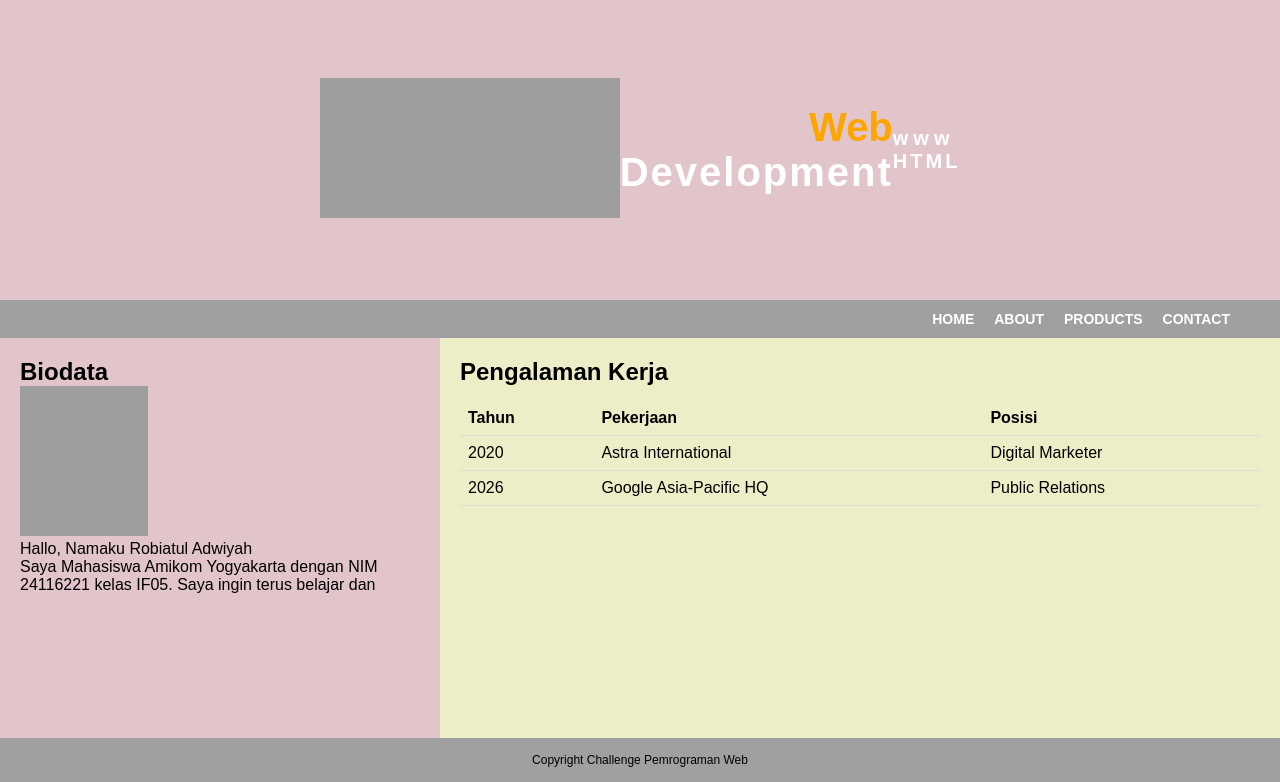
Repository: Adwiyah324/praktikum3
Page: praktikum_3.html
These files come from the project's save history. The page is drawn as it stood at one moment and after the next save; the edit follows.
The browser window is 1280 px wide. The pictures show the whole page.
Pictures or frames that could not be fetched are drawn as grey boxes.

Above is the page before, as saved 2026-05-02 21:58:21.

### praktikum_3.html
<!DOCTYPE html>
<html lang="en">
<head>
    <meta charset="UTF-8">
    <meta name="viewport" content="width=device-width, initial-scale=1.0">
    <title>Challenge Web Development</title>
    <link rel="stylesheet" href="style.css">
</head>
<body>
    <header>
        <div class="banner">
            <div class="content-left">
                <img src="https://encrypted-tbn0.gstatic.com/images?q=tbn:ANd9GcT7FHzoDLRRQ9veEhvcLvJ5AFrW8bXTeBMGWQ&s.png" alt="W3Schools.com" width="150" height="140">
            </div>
            <div class="content-">
                <img src="https://encrypted-tbn0.gstatic.com/images?q=tbn:ANd9GcQnCK-8JTos3SK6sOkfGf-cBF9u6dWALZiTRw&s.png" alt="W3Schools.com" width="150" height="140">
            </div>
            <div class="content-right">
                <h1>Web</h1>
                <h2>Development</h2>
            </div>
            <div class="content-left">
                <h1>www</h1>
                <h2>HTML</h2>
            </div>
        </div>
        <nav>
            <ul>
                <li><a href="#">HOME</a></li>
                <li><a href="#">ABOUT</a></li>
                <li><a href="#">PRODUCTS</a></li>
                <li><a href="#">CONTACT</a></li>
            </ul>
        </nav>
    </header>

    <main class="container">
        <section class="biodata">
            <h2>Biodata</h2>
            <img src="https://encrypted-tbn0.gstatic.com/images?q=tbn:ANd9GcT8Y7yP3gq7OqGYC4u_p8wdiZJV7Gh3ZwAQ2w&s" alt="img" width="128" height="150">
            <p>Hallo, Namaku Robiatul Adwiyah</p>
            <p>Saya Mahasiswa Amikom Yogyakarta dengan NIM 24116221 kelas IF05. Saya ingin terus belajar dan</p>
        </section>

        <section class="pengalaman">
            <h2>Pengalaman Kerja</h2>
            <table>
                <thead>
                    <tr>
                        <th>Tahun</th>
                        <th>Pekerjaan</th>
                        <th>Posisi</th>
                    </tr>
                </thead>
                <tbody>
                    <tr>
                        <td>2020</td>
                        <td>Astra International</td>
                        <td>Digital Marketer</td>
                    </tr>
                    <tr>
                        <td>2026</td>
                        <td>Google Asia-Pacific HQ</td>
                        <td>Public Relations</td>
                    </tr>
                </tbody>
            </table>
        </section>
    </main>

    <footer>
        <p>Copyright Challenge Pemrograman Web</p>
    </footer>

</body>
</html>

### style.css
* {
    margin: 0;
    padding: 0;
    box-sizing: border-box;
    font-family: Arial, sans-serif;
}

body {
    background-color: #f0f0f0;
}

.banner {
    background-color: #e2c5cb;
    height: 300px;
    display: flex;
    justify-content: center;
    align-items: center;
    color: white;
    font-family: sans-serif;
}

.img{
    max-width: 400px;
    height: auto;
    justify-content: flex-start;
}

.content-right{
    text-align: right;
}

.content-right h1{
    font-size: 40px;
    color: orange;
    margin : 0;
}

.content-right h2{
    font-size: 40px;
    letter-spacing: 2px;
    text-align: left;
    margin: 0;
}
.content-left h1{
    font-size: 20px;
    letter-spacing: 5px;
    text-align: left;
    margin: 0;
}
.content-left h2{
    font-size: 20px;
    letter-spacing: 3px;
    margin: 0;
}

nav {
    background-color: #a0a0a0;
    padding: 10px 50px;
}

nav ul {
    display: flex;
    justify-content: flex-end;
    list-style: none;
}

nav ul li {
    margin-left: 20px;
}

nav ul li a {
    text-decoration: none;
    color: white;
    font-size: 14px;
    font-weight: bold;
}

.container {
    display: flex;
    min-height: 400px;
    width: 100%;
}


.biodata {
    flex: 1;
    background-color: #e2c5cb;
    padding: 20px;
    font-family: Times New Roman, Times, serif;
}

.pengalaman {
    flex: 2;
    background-color: #edeec8;
    padding: 20px;
}

.profile-pic {
    width: 200px;
    height: auto;
    border: 5px solid white;
    margin-bottom: 10px;
}

table {
    width: 100%;
    border-collapse: collapse;
    margin-top: 15px;
}

th, td {
    text-align: left;
    padding: 8px;
    border-bottom: 1px solid #ddd;
}

footer {
    background-color: #a0a0a0;
    text-align: center;
    padding: 15px;
    font-size: 12px;
}

After the next save:
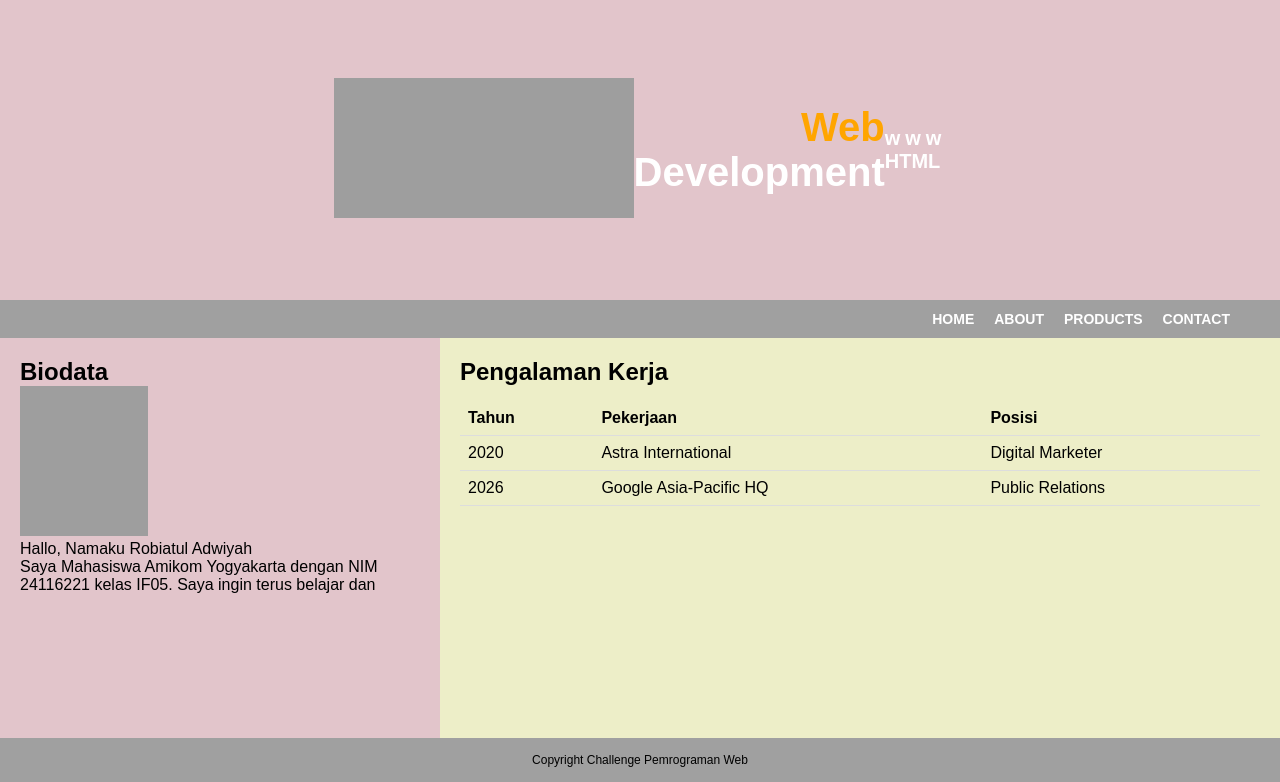
Saved 4 min 3 s later.
--- a/style.css
+++ b/style.css
@@ -37,7 +37,6 @@ body {
 
 .content-right h2{
     font-size: 40px;
-    letter-spacing: 2px;
     text-align: left;
     margin: 0;
 }
@@ -49,7 +48,6 @@ body {
 }
 .content-left h2{
     font-size: 20px;
-    letter-spacing: 3px;
     margin: 0;
 }
 
